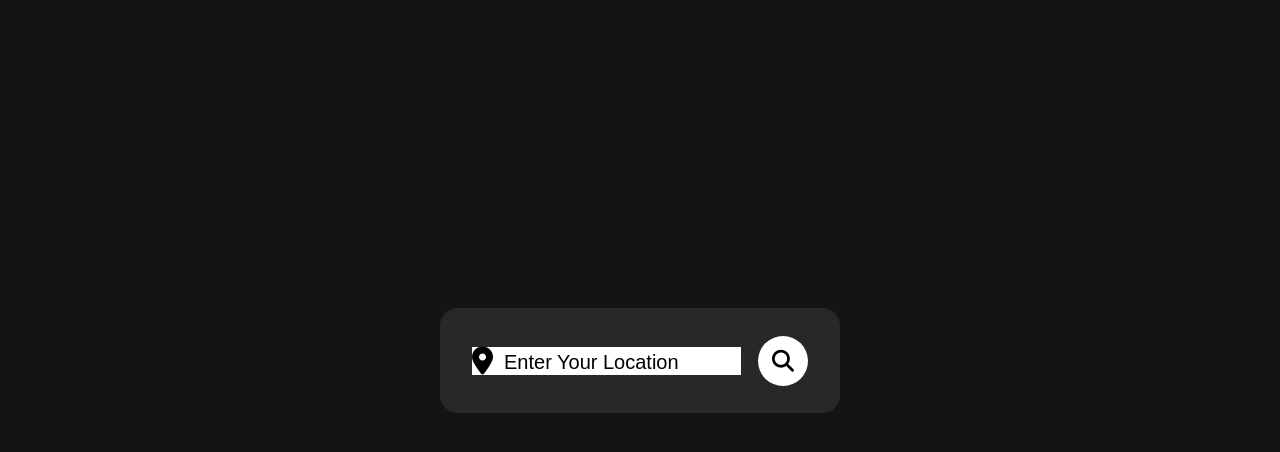
Repository: Pr1s0n3r627/weather
Page: index.html
The author's editor kept a copy of each file at every save. The page is drawn from the files as they stood at one save, then again after the next save.
The browser window is 1280 px wide. The pictures show the whole page.
Some web libraries are served in a nearby version.

Above is the page before, as saved 2024-05-19 00:16:23.

After the next save:
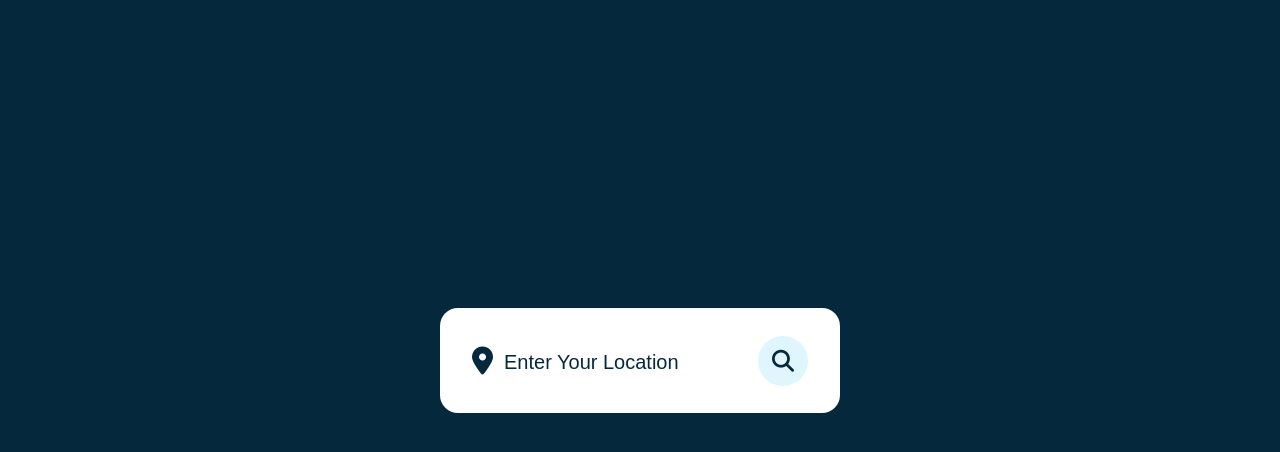
Saved 34 s later.
--- a/style.css
+++ b/style.css
@@ -11,14 +11,14 @@ body{
     display: flex;
     align-items: center;
     justify-content: center;
-    background: #141414;
+    background: #06283D;
 }
 
 .container{
     position: relative;
     width: 400px;
     height: 105px;
-    background: #282828;
+    background: #fff;
     padding: 28px 32px;
     overflow: hidden;
     border-radius: 18px;
@@ -35,7 +35,7 @@ body{
 }
 
 .search-box input{
-    color: #000000;
+    color: #06283D;
     width: 80%;
     font-size: 24px;
     font-weight: 500;
@@ -46,7 +46,7 @@ body{
 .search-box input::placeholder{
     font-size: 20px;
     font-weight: 500;
-    color: #000000;
+    color: #06283D;
     text-transform: capitalize;
 }
 
@@ -54,21 +54,21 @@ body{
     cursor: pointer;
     width: 50px;
     height: 50px;
-    color: #000000;
-    background: #ffffff;
+    color: #06283D;
+    background: #dff6ff;
     border-radius: 50%;
     font-size: 22px;
     transition: 0.4s ease;
 }
 
 .search-box button:hover{
-    color: #ffffff;
-    background: #000000;
+    color: #fff;
+    background: #06283D;
 }
 
 .search-box i{
     position: absolute;
-    color: #000000;
+    color: #06283D;
     font-size: 28px;
 }
 
@@ -83,7 +83,7 @@ body{
 
 .weather-box .temperature{
     position: relative;
-    color: #000000;
+    color: #06283D;
     font-size: 4rem;
     font-weight: 800;
     margin-top: 30px;
@@ -97,7 +97,7 @@ body{
 }
 
 .weather-box .description{
-    color: #000000;
+    color: #06283D;
     font-size: 22px;
     font-weight: 500;
     text-transform: capitalize;
@@ -128,20 +128,20 @@ body{
 }
 
 .weather-details i{
-    color: #000000;
+    color: #06283D;
     font-size: 26px;
     margin-right: 10px;
     margin-top: 6px;
 }
 
 .weather-details span{
-    color: #000000;
+    color: #06283D;
     font-size: 22px;
     font-weight: 500;
 }
 
 .weather-details p{
-    color: #000000;
+    color: #06283D;
     font-size: 14px;
     font-weight: 500;
 }
@@ -160,7 +160,7 @@ body{
 }
 
 .not-found p{
-    color: #8d8d8d;
+    color: #06283D;
     font-size: 22px;
     font-weight: 500;
     margin-top: 12px;
@@ -172,8 +172,8 @@ body{
 }
 
 .fadeIn{
-    animation: 0.1s fadeIn forwards;
-    animation-delay: 0.1s;
+    animation: 0.5s fadeIn forwards;
+    animation-delay: 0.5s;
 }
 
 @keyframes fadeIn{
